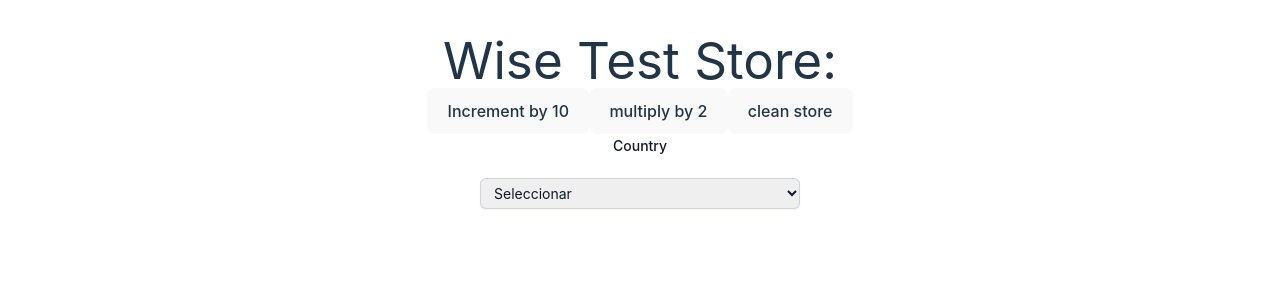
Repository: marianozamora/reactredux-wise
Page: /
These files come from the project's save history. The page is drawn as it stood at one moment and after the next save; the edit follows.
The browser window is 1280 px wide. The pictures show the whole page.
The page's requests for data from a server got no answer. The project was rebuilt for these pictures with package versions that can differ from the ones it lists, and the page was loaded fresh each time. No one was signed in, and anything a server would have sent is missing. Also part of the build but not shown: vite.config.ts.

Above is the page before, as saved 2023-04-08 02:36:18.

### src/App.tsx
import React from "react";
import "./App.css";
import { useEffect } from "react";
import shallow from "zustand/shallow";
import { useCounterStore } from "./store/counterStore";


function App() {
  const { count, title, products, filter } = useCounterStore(
    (state) => ({
      title: state.title,
      products: state.products,
      filter: state.options
    }),
    shallow
  );
  const {
    increment, getProducts,
    cleanStore, multiply, getFilters,
    getFiltersByCategory
  } = useCounterStore();

  useEffect(() => {
    getProducts();
    getFilters();
  }, []);
  return (
    <div className="md:container md:mx-auto ">
      <h1>
        {title}: {count}
      </h1>

      <div>
        <button
          onClick={() => {
            increment(10);
          }}
        >
          Increment by 10
        </button>

        <button onClick={() => multiply(2)}>multiply by 2</button>

        <button onClick={() => cleanStore()}>clean store</button>
      </div>

      <form>
        <div className="sm:col-span-3 align-middle text-center ">
            <label htmlFor="country" className="block text-sm font-medium leading-6 text-gray-900">Country</label>
            <div className="mt-2">
            <select
              onChange={(e) => {
                if (e.target.value) {
                  getFiltersByCategory(e.target.value);

                } else {
                  getProducts();
                }
              }
              }
              id="country" name="country"
              autoComplete="country-name" className="block w-full rounded-md border-0 py-1.5 text-gray-900 shadow-sm ring-1 ring-inset ring-gray-300 focus:ring-2 focus:ring-inset focus:ring-indigo-600 sm:max-w-xs sm:text-sm sm:leading-6 p-[10px] m-auto mb-8 mt-5">
              <option value="">Seleccionar</option>
              {
                filter.map((item,i) => (
                  <option key={i} value={item}>{item}</option>
                ))
              }

              </select>
            </div>
          </div>
      </form>

      <div className="flex justify-center flex-wrap flex-row  ">
      {
        products.map((product) => (


          <div key={product.id} className="max-w-sm bg-white border border-gray-200 rounded-lg shadow dark:bg-gray-800 dark:border-gray-700  m-2 w-full xl:w-[30%] lg:w-[48%]">
            <div
              className="bg-indigo-300 rounded-t-lg ">
              <img className="rounded-t-lg object-cover h-48 w-96 " src={product.image} alt="" />
            </div>
              <div className="p-3">
                  <a href="#">
                    <h5 className="mb-2 text-2xl font-bold tracking-tight text-gray-900 dark:text-white">{ product.title }</h5>
                  </a>
              {/* <p className="mb-3 font-normal text-gray-700 dark:text-gray-400">{product.description}</p> */}

                  <a href="#" className="inline-flex items-center px-3 py-2 text-sm font-medium text-center text-white bg-green-500 rounded-lg hover:bg-green-600 focus:ring-green-300 dark:bg-green-400 dark:hover:bg-green-500 ">
                      Read more
                  </a>
              </div>
          </div>

        ))
      }

      </div>
    </div>
  );
}

export default App;

### src/index.css
@tailwind base;
@tailwind components;
@tailwind utilities;


:root {
  font-family: Inter, system-ui, Avenir, Helvetica, Arial, sans-serif;
  line-height: 1.5;
  font-weight: 400;

  color-scheme: light dark;
  color: rgba(255, 255, 255, 0.87);
  background-color: #242424;

  font-synthesis: none;
  text-rendering: optimizeLegibility;
  -webkit-font-smoothing: antialiased;
  -moz-osx-font-smoothing: grayscale;
  -webkit-text-size-adjust: 100%;
}

/* a {
  font-weight: 500;
  color: #646cff;
  text-decoration: inherit;
}
a:hover {
  color: #535bf2;
} */

body {
  margin: 0;
  display: flex;
  place-items: center;
  /* min-width: 320px;
  min-height: 100vh; */
}

h1 {
  font-size: 3.2em;
  line-height: 1.1;
}

button {
  border-radius: 8px;
  border: 1px solid transparent;
  padding: 0.6em 1.2em;
  font-size: 1em;
  font-weight: 500;
  font-family: inherit;
  background-color: #1a1a1a;
  cursor: pointer;
  transition: border-color 0.25s;
}
/* button:hover {
  border-color: #646cff;
}
button:focus,
button:focus-visible {
  outline: 4px auto -webkit-focus-ring-color;
} */

@media (prefers-color-scheme: light) {
  :root {
    color: #213547;
    background-color: #ffffff;
  }
  a:hover {
    color: white;
  }
  button {
    background-color: #f9f9f9;
  }
}

### src/App.css

#root {
  max-width: 1280px;
  margin: 0 auto;
  padding: 2rem;
  text-align: center  ;
}

/* .logo {
  height: 6em;
  padding: 1.5em;
  will-change: filter;
  transition: filter 300ms;
} */
/* .logo:hover {
  filter: drop-shadow(0 0 2em #646cffaa);
}
.logo.react:hover {
  filter: drop-shadow(0 0 2em #61dafbaa);
} */

@keyframes logo-spin {
  from {
    transform: rotate(0deg);
  }
  to {
    transform: rotate(360deg);
  }
}

@media (prefers-reduced-motion: no-preference) {
  a:nth-of-type(2) .logo {
    animation: logo-spin infinite 20s linear;
  }
}

.card {
  padding: 2em;
}

.read-the-docs {
  color: #888;
}

### src/store/counterStore.ts
import {create} from "zustand";

export interface Product {
    id: number;
    title: string;
    body: string;
    price: number;
    category: string;
    description: string;
    image: string;
    rating: {
        rate: number;
        count: number;
    };
}

export interface Filter {
    category: string;
}

interface ProductsState {
    count: number;
    title: string;
    options: [];
    products: Product[];
    increment: (value: number) => void;
    getProducts: () => Promise<void>;
    cleanStore: () => void;
    multiply: (value: number) => void;
    getFilters: () => Promise<void>;
    getFiltersByCategory: (categorie: any) => Promise<void>;
}

export const useCounterStore = create<ProductsState>((set, get) => ({
    title: "Wise Test Store",
    count: 10,
    products: [],
    options:[],
    increment: (value: number) =>
        set((state) => ({ ...state, count: state.count + value })),
    getProducts: async () => {
        const products = await (
        await fetch("https://fakestoreapi.com/products")
        ).json();
        set((state) => ({ ...state, products }));
    },
    cleanStore: () => set({}, true),
    multiply: (value: number) => {
        // const count = get().count
        const { count } = get();
        set({ count: count * value });
    },
    getFilters: async () => {
        const filters = await (
        await fetch("https://fakestoreapi.com/products/categories")
        ).json();
        set((state) => ({ ...state, options:filters }));
    },
    getFiltersByCategory: async (categorie) => {
        const data = await (
        await fetch(`https://fakestoreapi.com/products/category/${categorie}`)
        ).json();
        set((state) => ({ ...state, products:data }));
    }
}));

// const useBearStore = create<BearState>()(
//     devtools(
//       persist(
//         (set) => ({
//           bears: 0,
//           increase: (by) => set((state) => ({ bears: state.bears + by })),
//         }),
//         {
//           name: 'bear-storage',
//         }
//       )
//     )
//   )

Loaded but not shown: index.html (common file); src/main.tsx (common file); tailwind.config.js (common file)

After the next save:
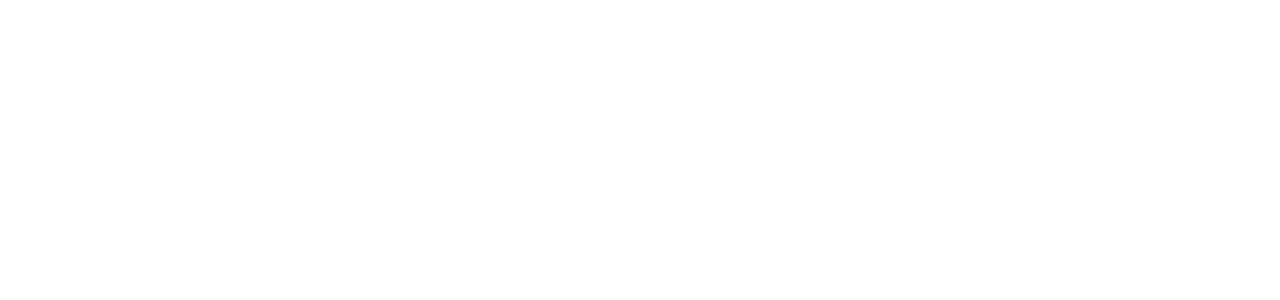
Console error: ReferenceError: count is not defined
Saved 4 s later.
--- a/src/App.tsx
+++ b/src/App.tsx
@@ -6,7 +6,7 @@
 
 
 function App() {
-  const { count, title, products, filter } = useCounterStore(
+  const { title, products, filter } = useCounterStore(
     (state) => ({
       title: state.title,
       products: state.products,

After the save that followed:
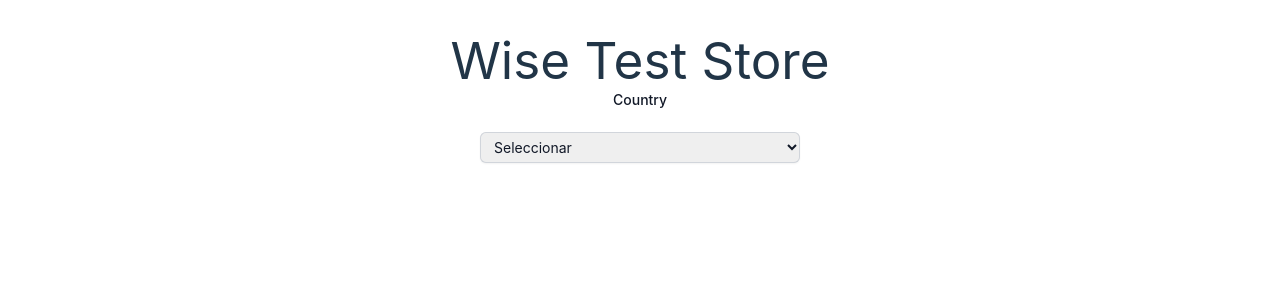
The error is gone.
Saved 15 s later.
--- a/src/App.tsx
+++ b/src/App.tsx
@@ -27,23 +27,8 @@
   return (
     <div className="md:container md:mx-auto ">
       <h1>
-        {title}: {count}
+        {title}
       </h1>
-
-      <div>
-        <button
-          onClick={() => {
-            increment(10);
-          }}
-        >
-          Increment by 10
-        </button>
-
-        <button onClick={() => multiply(2)}>multiply by 2</button>
-
-        <button onClick={() => cleanStore()}>clean store</button>
-      </div>
-
       <form>
         <div className="sm:col-span-3 align-middle text-center ">
             <label htmlFor="country" className="block text-sm font-medium leading-6 text-gray-900">Country</label>
